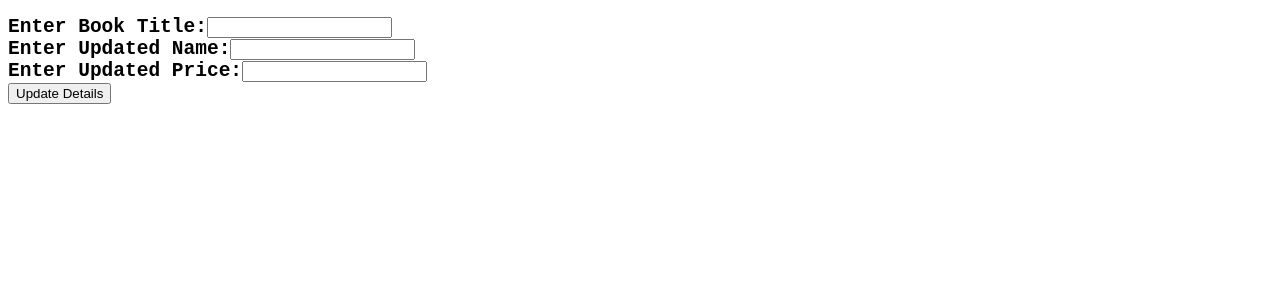
Repository: Bhakti-Belan/Web_Based_Java_Assignment
Page: http://localhost/Online_Bookshop/updateBook.jsp
The author's editor kept a copy of each file at every save. The page is drawn from the files as they stood at one save, then again after the next save.
The browser window is 1280 px wide. The pictures show the whole page.
The page is served by Tomcat 10. Nobody is signed in. The application's start-up code is not run.

Above is the page before, as saved 2025-04-25 06:08:31.

After the next save:
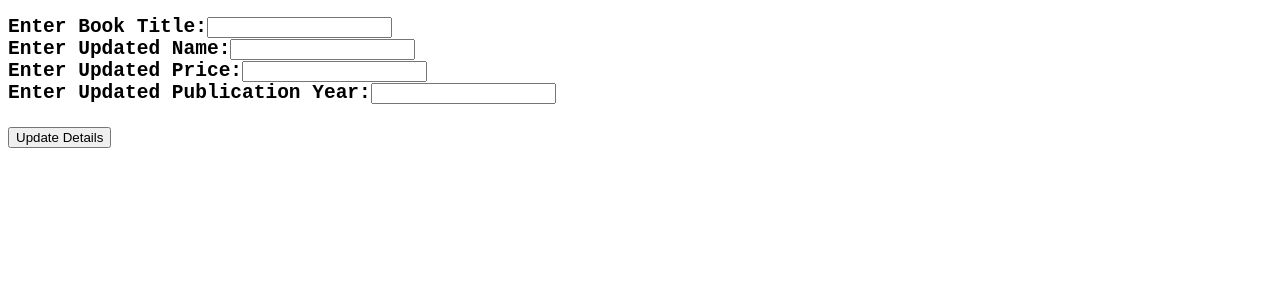
Saved 6 min 7 s later.
--- a/Online_Bookshop/src/main/webapp/updateBook.jsp
+++ b/Online_Bookshop/src/main/webapp/updateBook.jsp
@@ -12,6 +12,8 @@
 <h2>Enter Book Title:<input type="text" name="title">
 Enter Updated Name:<input type="text" name="utTitle">
 Enter Updated Price:<input type="text" name="price">
+Enter Updated Publication Year:<input type="text" name="year">
+
 <input type="submit" value="Update Details"></h2>
 </pre>
 </form>
